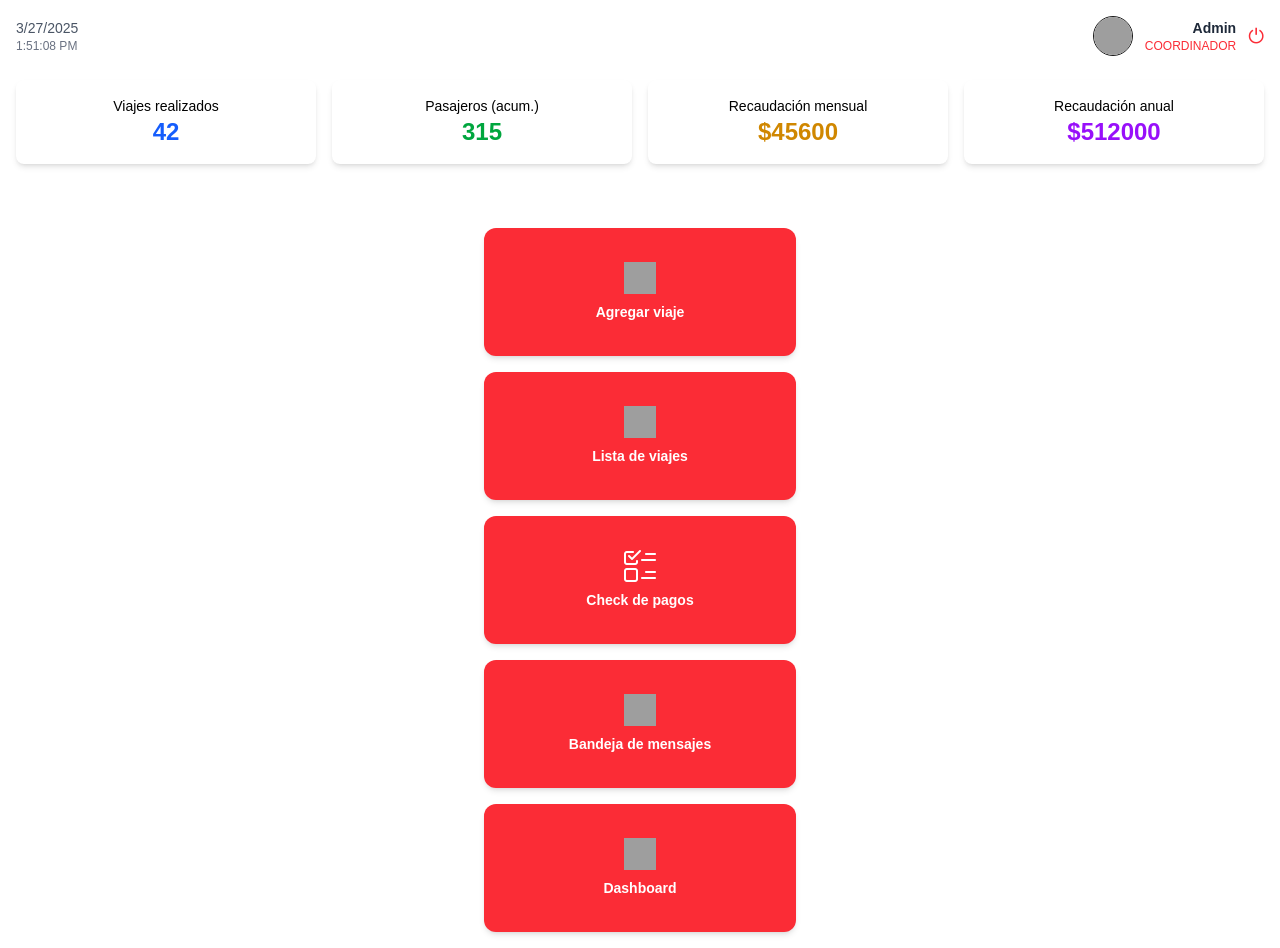
Repository: francoluca35/appcolectivos
Page: /homeadmin
An editor plug-in stored every save of this project. The page is shown before and after the next save, followed by the edit.
The browser window is 1280 px wide. The pictures show the whole page.
Pictures or frames that could not be fetched are drawn as grey boxes. The project was rebuilt for these pictures with package versions that can differ from the ones it lists, and the page was loaded fresh each time. The framework's server and built-in components were replaced by stand-ins that run in the browser. Also part of the build but not shown: next.config.mjs.

Above is the page before, as saved 2025-03-27 23:23:15.

### src/app/homeadmin/page.js
"use client";

import React, { useEffect, useState } from "react";
import { useRouter } from "next/navigation";
import EstadisticasPanel from "../components/EstadisticasPanel";

export default function HomeAdmin() {
  const [fechaHora, setFechaHora] = useState(new Date());
  const router = useRouter();

  const usuario = JSON.parse(localStorage.getItem("adminUser")) || {
    username: "Admin",
    role: "COORDINADOR",
  };

  const stats = {
    cantidadViajes: 42,
    cantidadPasajeros: 315,
    recaudacionMensual: 45600,
    recaudacionAnual: 512000,
  };

  useEffect(() => {
    const interval = setInterval(() => setFechaHora(new Date()), 1000);
    return () => clearInterval(interval);
  }, []);

  const botones = [
    { texto: "Agregar viaje", ruta: "/agregarviaje", icono: "/iconos/agregar.png" },
    { texto: "Lista de viajes", ruta: "/listaviajes", icono: "/iconos/lista.png" },
    { texto: "Check de pagos", ruta: "/checkpagos", icono: "/iconos/check.png" },
    { texto: "Bandeja de mensajes", ruta: "/mensajes", icono: "/iconos/mensajes.png" },
    { texto: "Dashboard", ruta: "/dashboard", icono: "/iconos/dashboard.png" },
  ];

  return (
    <div className="min-h-screen bg-white p-4 flex flex-col items-center gap-6">
      {/* Header */}
      <div className="w-full flex justify-between items-center">
        <div>
          <p className="text-sm text-gray-600">{fechaHora.toLocaleDateString()}</p>
          <p className="text-xs text-gray-500">{fechaHora.toLocaleTimeString()}</p>
        </div>

        <div className="flex items-center gap-3">
          <img src="/avatar.png" alt="Avatar" className="w-10 h-10 rounded-full border" />
          <div className="text-right">
            <p className="text-sm font-bold text-gray-800">{usuario.username}</p>
            <p className="text-xs text-red-500 uppercase">{usuario.role}</p>
          </div>
          <button
            onClick={() => {
              localStorage.removeItem("adminUser");
              router.push("/admin");
            }}
            className="text-red-500 text-xl hover:text-red-700 transition"
            title="Cerrar sesión"
          >
            ⏻
          </button>
        </div>
      </div>

      {/* Estadísticas */}
      <div className="w-full">
        <EstadisticasPanel stats={stats} />
      </div>

      {/* Botones */}
   {/* Botones */}
{/* Botones: vertical en desktop, grid en mobile */}
<div className="w-full flex justify-center">
  <div className="grid grid-cols-2 gap-4 md:grid-cols-3 lg:grid-cols-1 lg:w-1/4">
    {botones.map((btn, i) => (
      <button
        key={i}
        onClick={() => router.push(btn.ruta)}
        className="bg-red-500 rounded-xl w-full h-32 flex flex-col items-center justify-center shadow-md hover:bg-red-600 transition"
      >
        <img src={btn.icono} alt={btn.texto} className="w-8 h-8 mb-2" />
        <span className="text-white text-sm font-semibold text-center px-1">
          {btn.texto}
        </span>
      </button>
    ))}
  </div>
</div>


    </div>
  );
}

### src/app/components/EstadisticasPanel.js
import React from "react";

export default function EstadisticasPanel({ stats }) {
  return (
    <div className="grid grid-cols-2 md:grid-cols-4 gap-4 mb-10">
      <div className="bg-white shadow-md rounded-lg p-4 text-center">
        <p className="text-sm text-black">Viajes realizados</p>
        <p className="text-2xl font-bold text-blue-600">{stats.cantidadViajes}</p>
      </div>
      <div className="bg-white shadow-md rounded-lg p-4 text-center">
        <p className="text-sm text-black">Pasajeros (acum.)</p>
        <p className="text-2xl font-bold text-green-600 ">{stats.cantidadPasajeros}</p>
      </div>
      <div className="bg-white shadow-md rounded-lg p-4 text-center">
        <p className="text-sm text-black">Recaudación mensual</p>
        <p className="text-2xl font-bold text-yellow-600">${stats.recaudacionMensual}</p>
      </div>
      <div className="bg-white shadow-md rounded-lg p-4 text-center">
        <p className="text-sm text-black">Recaudación anual</p>
        <p className="text-2xl font-bold text-purple-600">${stats.recaudacionAnual}</p>
      </div>
    </div>
  );
}

Loaded but not shown: src/app/layout.js (common file); src/app/globals.css (common file)

After the next save:
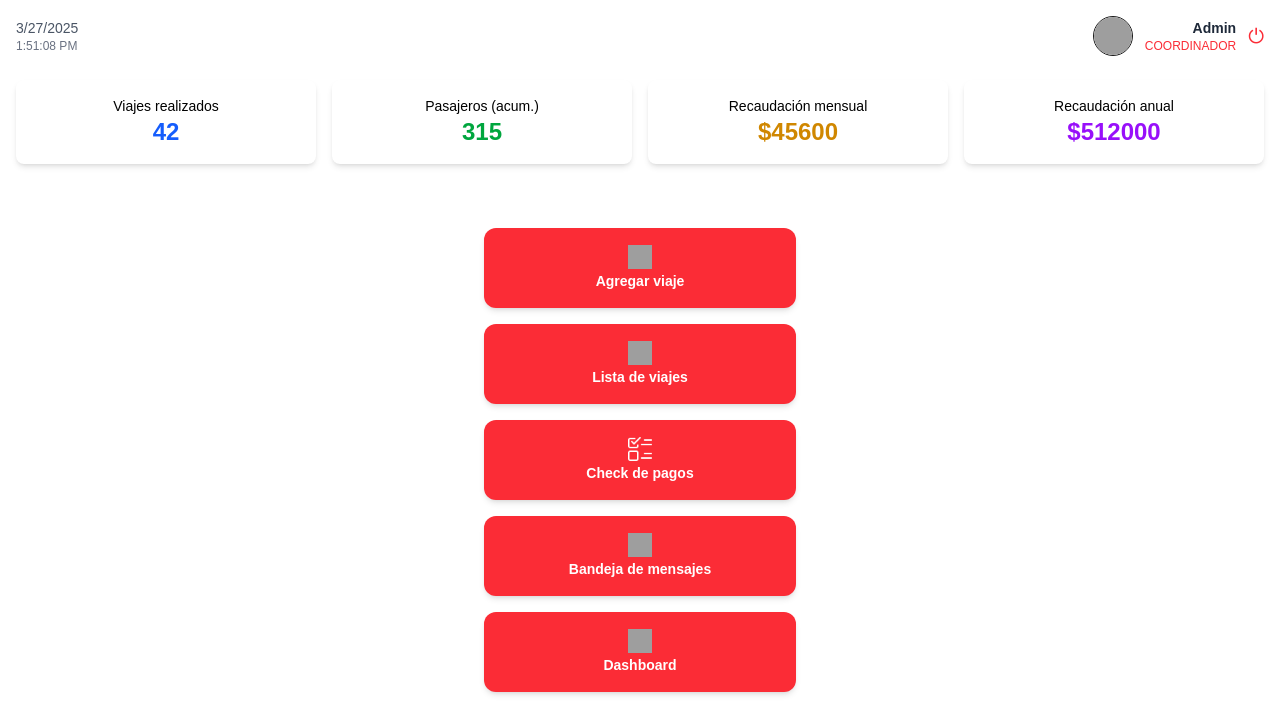
Saved 46 s later.
--- a/src/app/homeadmin/page.js
+++ b/src/app/homeadmin/page.js
@@ -69,16 +69,21 @@ export default function HomeAdmin() {
       {/* Botones */}
    {/* Botones */}
 {/* Botones: vertical en desktop, grid en mobile */}
+{/* Botones: vertical en desktop, grid en mobile */}
 <div className="w-full flex justify-center">
   <div className="grid grid-cols-2 gap-4 md:grid-cols-3 lg:grid-cols-1 lg:w-1/4">
     {botones.map((btn, i) => (
       <button
         key={i}
         onClick={() => router.push(btn.ruta)}
-        className="bg-red-500 rounded-xl w-full h-32 flex flex-col items-center justify-center shadow-md hover:bg-red-600 transition"
+        className="bg-red-500 rounded-xl w-full h-32 lg:h-20 flex flex-col items-center justify-center shadow-md hover:bg-red-600 transition"
       >
-        <img src={btn.icono} alt={btn.texto} className="w-8 h-8 mb-2" />
-        <span className="text-white text-sm font-semibold text-center px-1">
+        <img
+          src={btn.icono}
+          alt={btn.texto}
+          className="w-8 h-8 mb-1 lg:w-6 lg:h-6"
+        />
+        <span className="text-white text-sm font-semibold text-center px-1 leading-tight">
           {btn.texto}
         </span>
       </button>
@@ -87,6 +92,7 @@ export default function HomeAdmin() {
 </div>
 
 
+
     </div>
   );
 }
